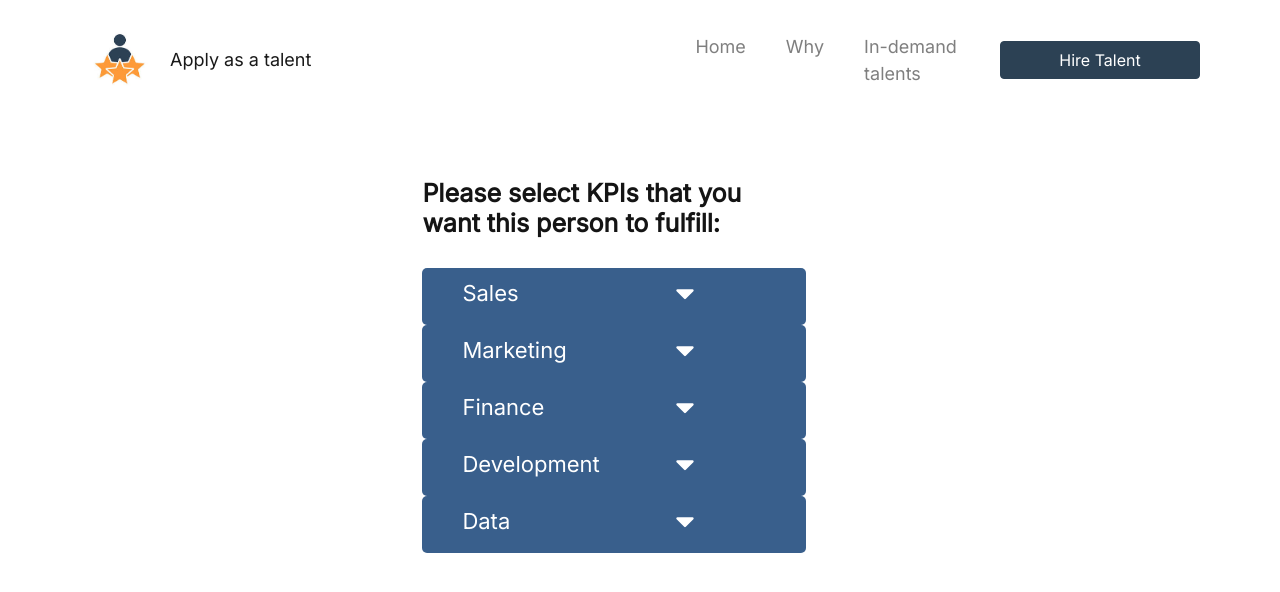
Repository: Ashwe9/talent-hire-reactJs
Page: /kpis, after clicking the first element matching `div.dropdown-box`
These files come from the project's save history. The page is drawn as it stood at one moment and after the next save; the edit follows.
The browser window is 1280 px wide. The pictures show the whole page.
The project was rebuilt for these pictures with package versions that can differ from the ones it lists, and the page was loaded fresh each time. A package was used in the major version that the imports need, not the one package.json lists. Also part of the build but not shown: src/homePage/components/TrustedBy/TrustedBy.css, src/homePage/components/TrustedBy/TrustedBy.js, src/homePage/components/Roles/Roles.css, src/homePage/components/Roles/Roles.js, src/homePage/components/homePageFooter/HomePageFooter.css, src/homePage/components/homePageFooter/HomePageFooter.js, src/homePage/HomePage.js, src/projectDetails/ProjectDetails.js.

Above is the page before, as saved 2022-08-18 15:14:22.

After the next save:
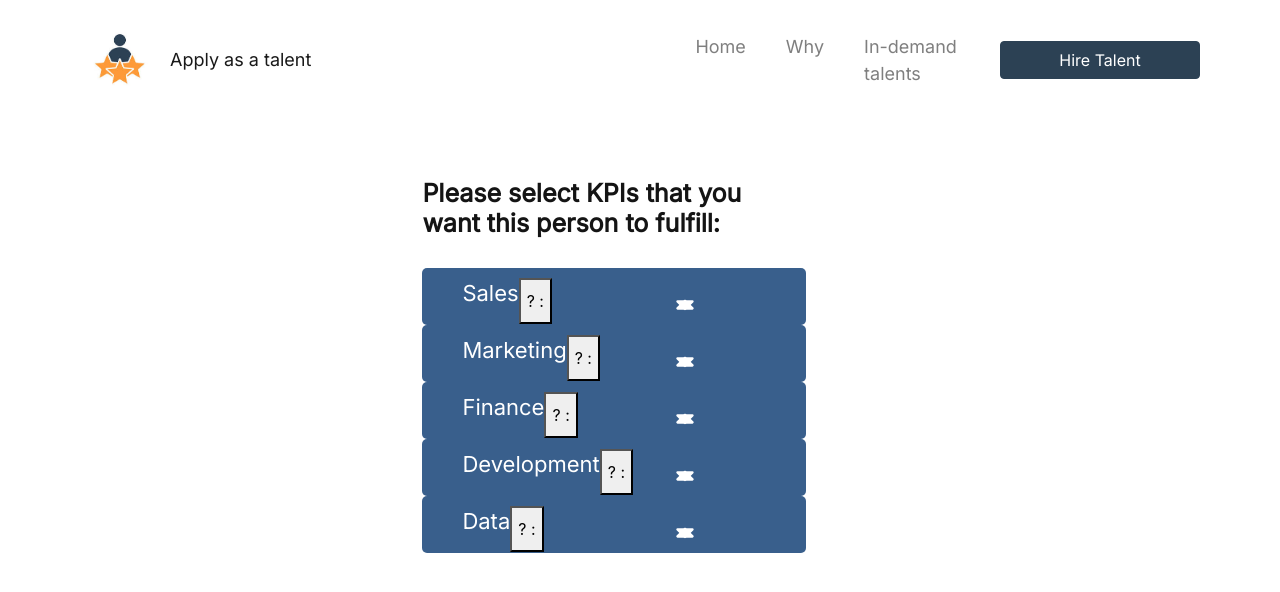
Saved 3 min 6 s later.
--- a/src/kpisPage/DropDown.js
+++ b/src/kpisPage/DropDown.js
@@ -6,13 +6,13 @@ import { left } from '@popperjs/core'
 
 const DropDown = ({title}) => {
     const clicked =() =>{
-        console.log('clicked');
+        return (true);
     }
   return (
     <div className='dropdown-box'>
         <p className='dropdown-title'>{title}</p>
-        <FaCaretDown id='icon' size={30}
-            style={{}} onClick={clicked} />
+        <button onClick={clicked} > {clicked}? <FaCaretDown id='icon' size={30} /> : <FaCaretUp id='icon' size={30} /></button>
+
     </div>
   )
 }

After the save that followed:
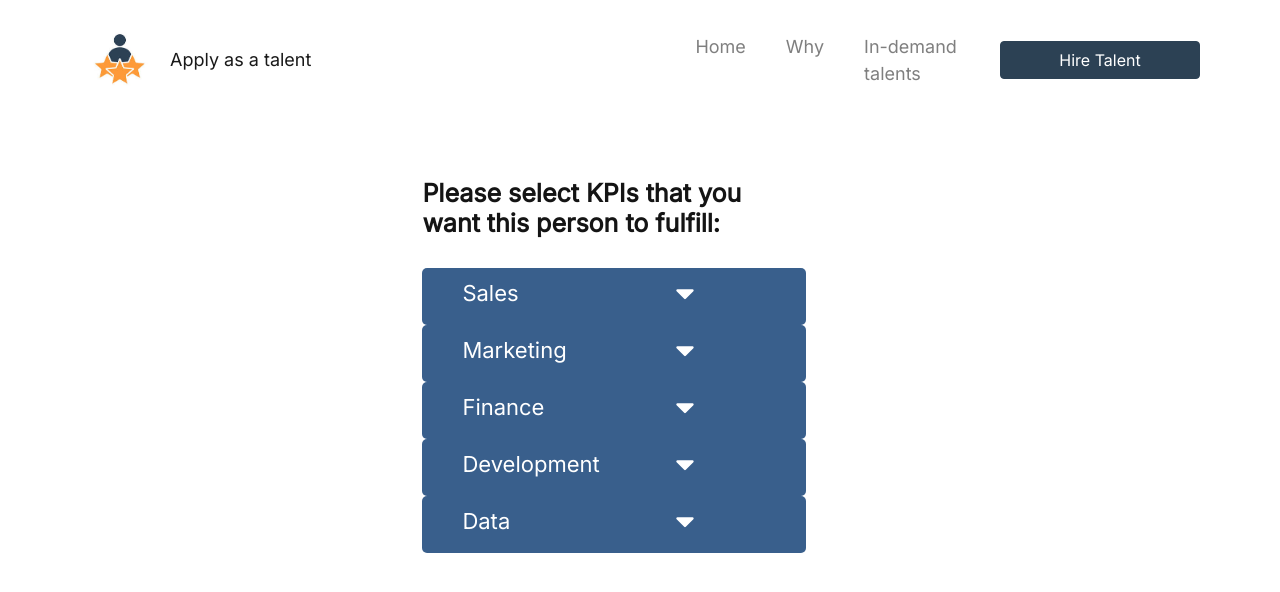
Saved 32 s later.
--- a/src/kpisPage/DropDown.js
+++ b/src/kpisPage/DropDown.js
@@ -11,8 +11,8 @@ const DropDown = ({title}) => {
   return (
     <div className='dropdown-box'>
         <p className='dropdown-title'>{title}</p>
-        <button onClick={clicked} > {clicked}? <FaCaretDown id='icon' size={30} /> : <FaCaretUp id='icon' size={30} /></button>
-
+        <FaCaretDown id='icon' size={30}
+            style={{}}/>
     </div>
   )
 }
